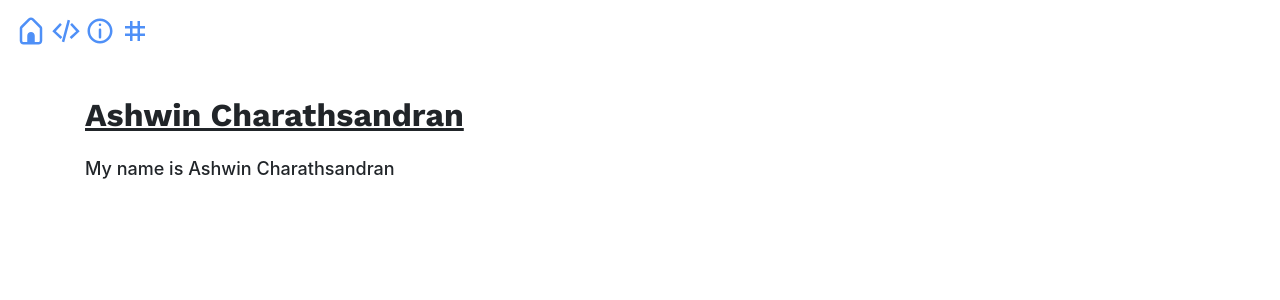
Repository: xxiz/ashwin.lol_flask
Page: http://localhost/
An editor plug-in stored every save of this project. The page is shown before and after the next save, followed by the edit.
The browser window is 1280 px wide. The pictures show the whole page.
The page is served by the project's application, run on Flask 3 (app.py).

Above is the page before, as saved 2021-08-29 20:36:03.

### templates/index.html
{% extends 'base.html'%}
{% block content %}
    <h1>Ashwin Charathsandran</h1>
    <h3 class="description">My name is Ashwin Charathsandran</h3>
{% endblock %}

### templates/base.html
<!DOCTYPE html>
<html lang="en">
<head>
    <meta charset="UTF-8">
    <meta http-equiv="X-UA-Compatible" content="IE=edge">
    <meta name="viewport" content="width=device-width, initial-scale=1.0">
    <meta name="viewport" content="width=device-width, initial-scale=1">
    <link rel="stylesheet" href="https://stackpath.bootstrapcdn.com/bootstrap/4.1.3/css/bootstrap.min.css" integrity="sha384-MCw98/SFnGE8fJT3GXwEOngsV7Zt27NXFoaoApmYm81iuXoPkFOJwJ8ERdknLPMO" crossorigin="anonymous">
    <link href='https://css.gg/home-alt.css' rel='stylesheet'>
    <link rel="stylesheet" href="static/app.css">
    <title>{{ title }}</title>
</head>
<body>
  <header>
    <nav>
      <a href="/"><?xml version="1.0" encoding="UTF-8"?><svg fill="none" viewBox="0 0 24 24" xmlns="http://www.w3.org/2000/svg"><path d="m6 22.879c-1.6568 0-3-1.3432-3-3v-10c0-0.03389 0.00169-0.0674 0.00498-0.10043h-0.00498c0-0.57596 0.2288-1.1283 0.63607-1.5356l6.2426-6.2426c1.1715-1.1716 3.071-1.1716 4.2426 0l6.2426 6.2426c0.4073 0.40726 0.6361 0.95963 0.6361 1.5356h-5e-3c0.0033 0.03303 5e-3 0.06654 5e-3 0.10043v10c0 1.6568-1.3431 3-3 3h-12zm6.7071-19.464 6.2929 6.2929v10.172c0 0.5522-0.4477 1-1 1h-3v-5c0-1.6569-1.3431-3-3-3s-3 1.3431-3 3v5h-3c-0.55228 0-1-0.4478-1-1v-10.172l6.2929-6.293c0.3905-0.39052 1.0237-0.39052 1.4142 0z" clip-rule="evenodd" fill="currentColor" fill-rule="evenodd"/></svg></a>
      <a href="/projects"><?xml version="1.0" encoding="UTF-8"?><svg viewBox="0 0 24 24" xmlns="http://www.w3.org/2000/svg"><path d="m13.325 3.0501-4.6576 17.382 1.9319 0.5176 4.6575-17.382-1.9318-0.51764z" fill="currentColor"/><path d="m7.612 18.361 1.3594-1.4484-5e-4 -0.0191-5.0943-4.7812 4.7904-5.1041-1.4583-1.3687-6.1591 6.5624 6.5624 6.1591z" fill="currentColor"/><path d="m16.388 18.361-1.3594-1.4484 5e-4 -0.0191 5.0943-4.7812-4.7904-5.1041 1.4583-1.3687 6.1591 6.5624-6.5624 6.1591z" fill="currentColor"/></svg></a>
      <a href=""><?xml version="1.0" encoding="UTF-8"?><svg viewBox="0 0 24 24" xmlns="http://www.w3.org/2000/svg"><path d="m11 10.979c0-0.5523 0.4477-1 1-1s1 0.44773 1 1v6c0 0.5523-0.4477 1-1 1s-1-0.4477-1-1v-6z" fill="currentColor"/><path d="m12 6.0512c-0.5523 0-1 0.44771-1 1 0 0.55228 0.4477 1 1 1s1-0.44772 1-1c0-0.55229-0.4477-1-1-1z" fill="currentColor"/><path d="m12 2c-5.5228 0-10 4.4772-10 10 0 5.5228 4.4772 10 10 10 5.5228 0 10-4.4772 10-10 0-5.5228-4.4772-10-10-10zm-8 10c0 4.4183 3.5817 8 8 8 4.4183 0 8-3.5817 8-8 0-4.4183-3.5817-8-8-8-4.4183 0-8 3.5817-8 8z" clip-rule="evenodd" fill="currentColor" fill-rule="evenodd"/></svg></a>
      <a href=""><?xml version="1.0" encoding="UTF-8"?><svg fill="none" viewBox="0 0 24 24" xmlns="http://www.w3.org/2000/svg"><path d="m8 4v4h-4v2h4v4h-4v2h4v4h2v-4h4v4h2v-4h4v-2h-4v-4h4v-2h-4v-4h-2v4h-4v-4h-2zm6 10v-4h-4v4h4z" clip-rule="evenodd" fill="currentColor" fill-rule="evenodd"/></svg></a>
    </nav>
  </header>
  <main>
    <div class="container">
      {% block content %} {% endblock %}
  </div>
  </main>
    <script src="https://code.jquery.com/jquery-3.3.1.slim.min.js" integrity="sha384-q8i/X+965DzO0rT7abK41JStQIAqVgRVzpbzo5smXKp4YfRvH+8abtTE1Pi6jizo" crossorigin="anonymous"></script>
    <script src="https://cdnjs.cloudflare.com/ajax/libs/popper.js/1.14.3/umd/popper.min.js" integrity="sha384-ZMP7rVo3mIykV+2+9J3UJ46jBk0WLaUAdn689aCwoqbBJiSnjAK/l8WvCWPIPm49" crossorigin="anonymous"></script>
    <script src="https://stackpath.bootstrapcdn.com/bootstrap/4.1.3/js/bootstrap.min.js" integrity="sha384-ChfqqxuZUCnJSK3+MXmPNIyE6ZbWh2IMqE241rYiqJxyMiZ6OW/JmZQ5stwEULTy" crossorigin="anonymous"></script>
</body>
</html>

### app.py
from flask import Flask, request
from web.content import index_page, projects_page
web = Flask(__name__)
web.config['SQLALCHEMY_TRACK_MODIFICATIONS'] = False

@web.route('/')
def index():
    return index_page()

@web.route('/projects')
def projects():
    return projects_page()

### web/content.py
from flask import render_template
import json

# Page Content
prefix = "Ashwin Charathsandran — "

# Meta Tags
preview_message = ""
preview_title = ""
preview_image = ""

with open('web/projects.json', 'r') as file:
    projects = json.load(file)

def index_page():
    return render_template('index.html',
    title = prefix + "Welcome!",
    preview_title = preview_title,
    preview_image = preview_image,
    preview_message = preview_message)

def projects_page():
    return render_template('projects.html',
    title = prefix + "Projects",
    items = projects,
    preview_title = preview_title,
    preview_image = preview_image,
    preview_message = preview_message)

### web/projects.json
[
        {
            "title": "Vernon",
            "description": "Quality-focused reboot composite",
            "image_url": "http://placeimg.com/640/480"
        },
        {
            "title": "Nolan",
            "description": "Multi-layered firmware",
            "image_url": "http://placeimg.com/640/480"
        },
        {
            "title": "Reyes",
            "description": "array national",
            "image_url": "http://placeimg.com/640/480"
        }
]

### static/app.css
@import url('https://fonts.googleapis.com/css2?family=Work+Sans:wght@400;700&display=swap');

:root {
    --blue: #4f90f7;
    --red: #d93434;
}

h1 {
    font-family: 'Work Sans', sans-serif;
    font-weight: 700;
    padding-bottom: 0.5em; padding-top: 0.5em;
    text-decoration: underline;
    font-size: 32px;
}

p {
    font-family: 'Work Sans', sans-serif;
    font-weight: 400;
}

a {
    text-decoration: none;
    color: var(--blue);
}

a:hover {
    animation: hover-effect 1s infinite linear;
}

.card {
    margin-bottom: 1.5em;
}

.description {
    padding-bottom: 0.5em;
    font-size: 18px;
}
nav {
    padding: 1em;
    overflow: hidden;
    position: fixed;
    top: 0;
    width: 100%;
}

nav a svg {
    width: 30px;
}

.navbar-logo {
    margin-right: 50px;
    width: 60px;
}

.nav-item {
    font-weight: 700;
}
main {
    padding-top: 80px;
}


@keyframes hover-effect {
    0% {
        color: var(--blue);
    }
    50% {
        color: var(--red);

    }
    100% {
        color: var(--blue);
    }
}

After the next save:
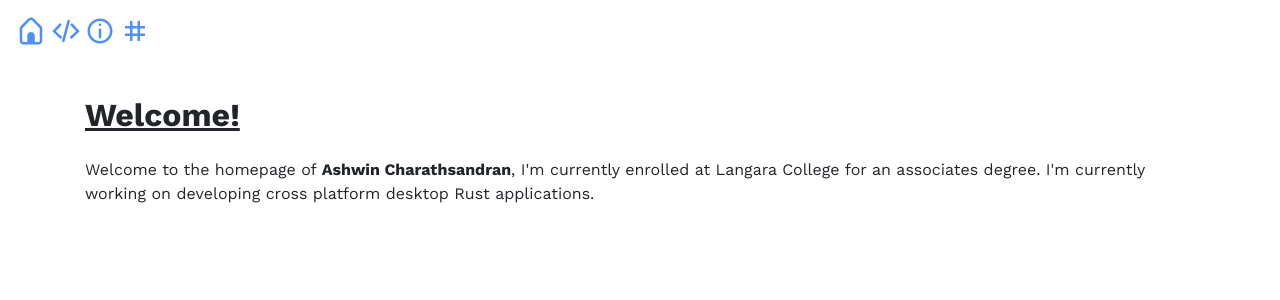
Saved 21 h 46 min later.
--- a/templates/index.html
+++ b/templates/index.html
@@ -1,5 +1,5 @@
 {% extends 'base.html'%}
 {% block content %}
-    <h1>Ashwin Charathsandran</h1>
-    <h3 class="description">My name is Ashwin Charathsandran</h3>
+    <h1>Welcome!</h1>
+    <p>Welcome to the homepage of <b>Ashwin Charathsandran</b>, I'm currently enrolled at Langara College for an associates degree. I'm currently working on developing cross platform desktop Rust applications. </p>
 {% endblock %}
